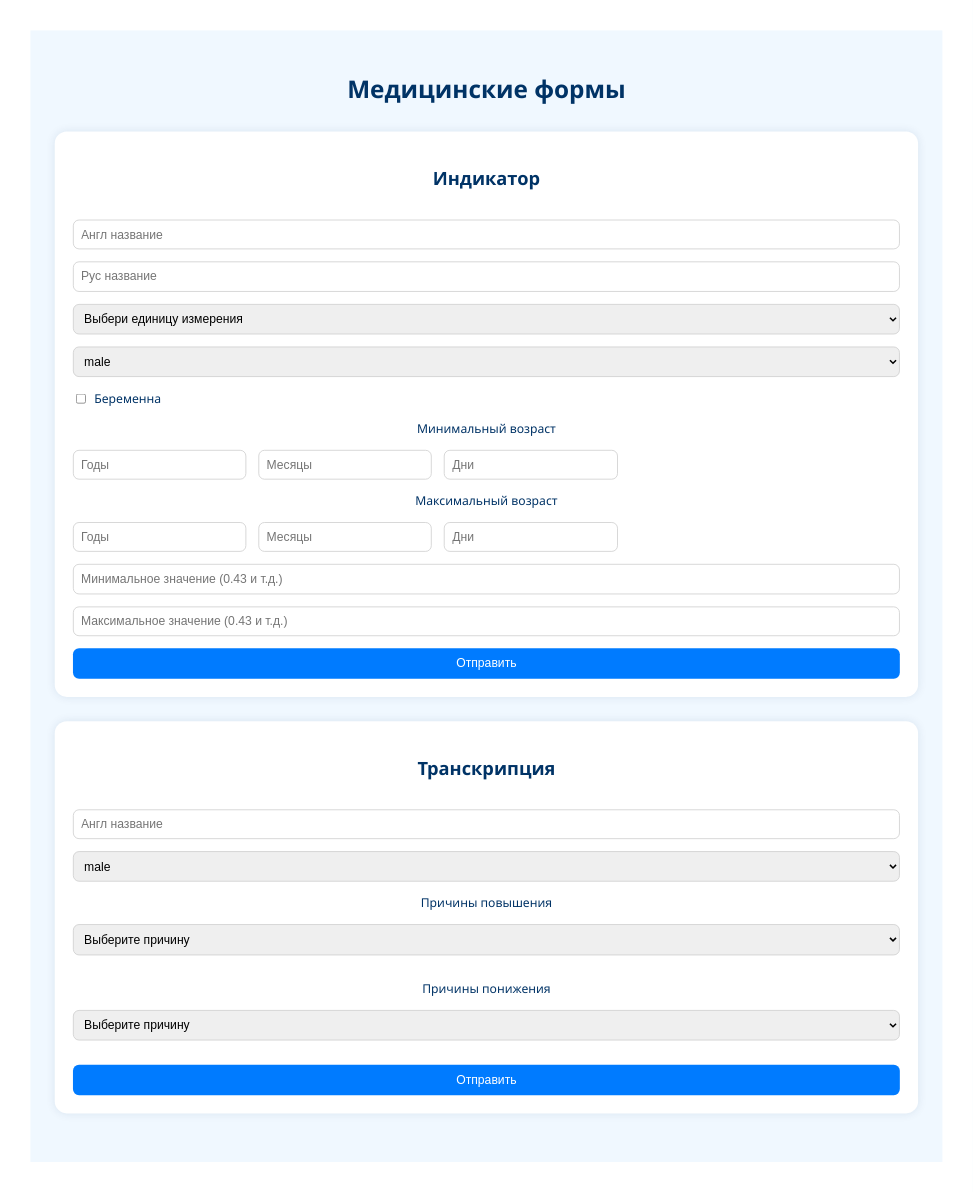
Repository: GGlebux/Transay
Page: / (app in frontend/)
An editor plug-in stored every save of this project. The page is shown before and after the next save, followed by the edit.
The browser window is 1280 px wide. The pictures show the whole page, at 76% of full size.
The project was rebuilt for these pictures with package versions that can differ from the ones it lists, and the page was loaded fresh each time. Also part of the build but not shown: frontend/vite.config.ts.

Above is the page before, as saved 2025-08-04 16:23:30.

After the next save:
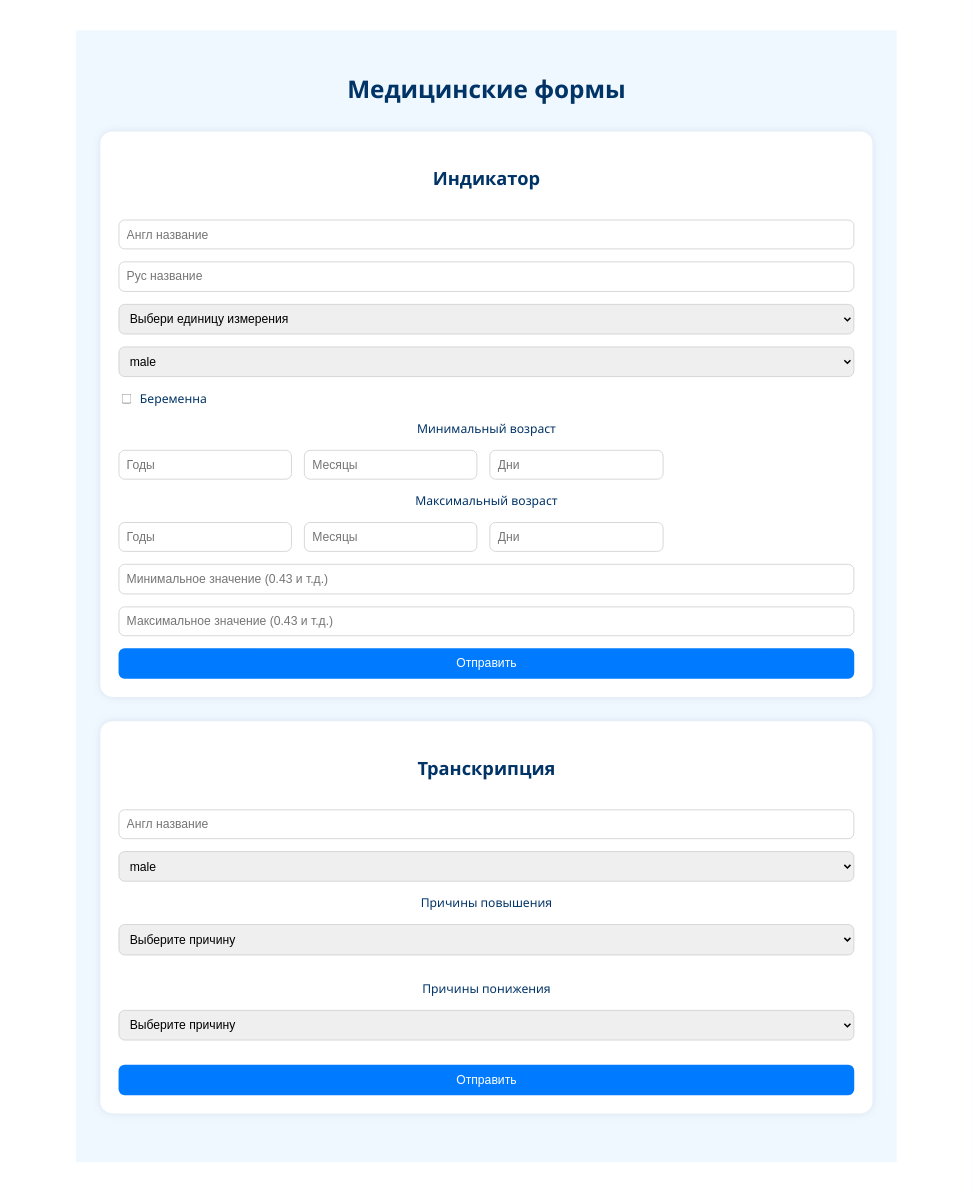
Saved 9 s later.
--- a/frontend/src/styles/forms.css
+++ b/frontend/src/styles/forms.css
@@ -1,5 +1,5 @@
 #root {
-  max-width: 1280px;
+  max-width: 1080px;
   margin: 0 auto;
   padding: 2rem;
   text-align: center;
